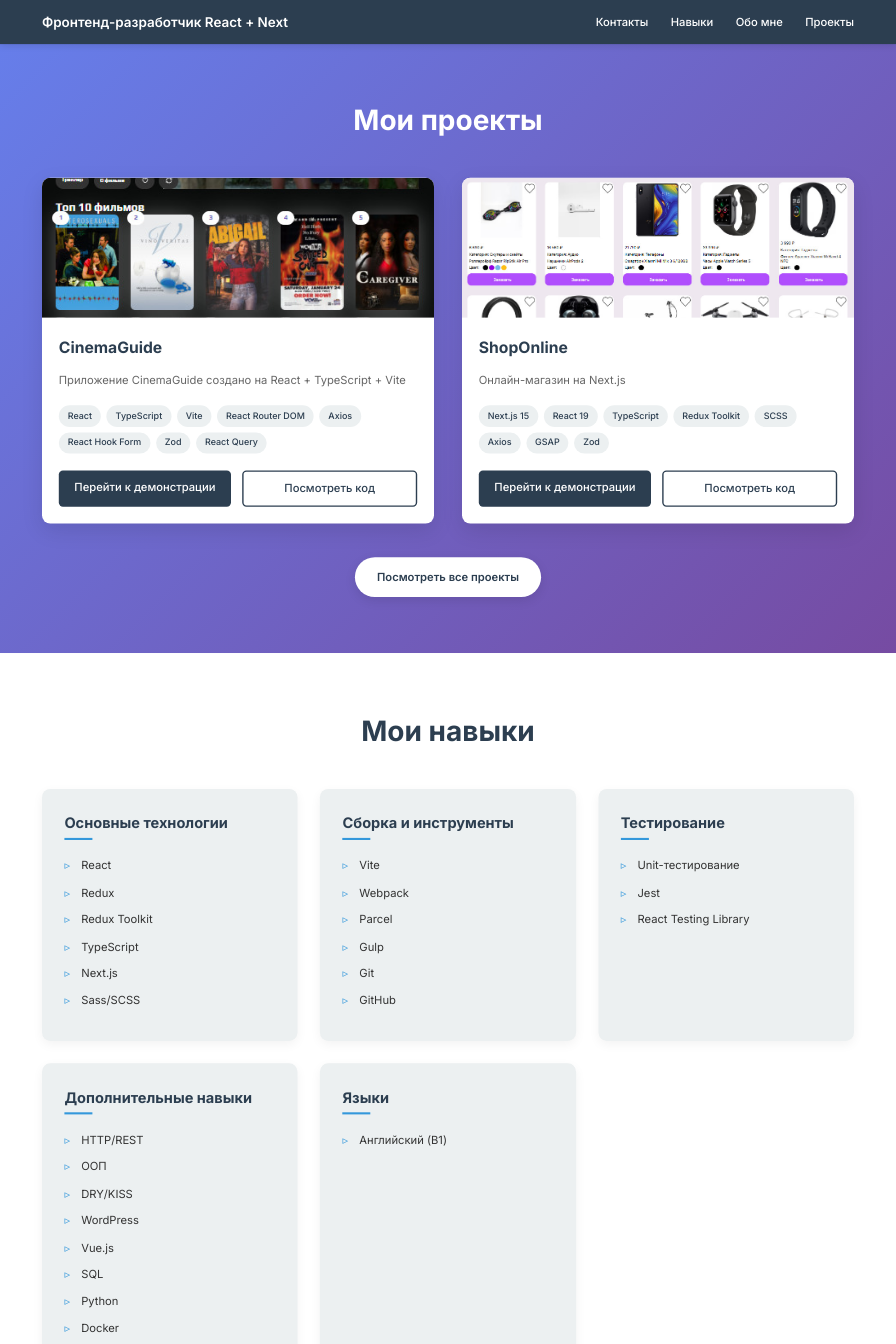
Repository: RostislavZeberg/resume-app
Page: /
The author's editor kept a copy of each file at every save. The page is drawn from the files as they stood at one save, then again after the next save.
The browser window is 1280 px wide. The pictures show the part of the page from y = 0 to 1920 px (the page is 3489 px tall before and 3604 px after), at 70% of full size.
The project was rebuilt for these pictures with package versions that can differ from the ones it lists, and the page was loaded fresh each time. The framework's server and built-in components were replaced by stand-ins that run in the browser. Also part of the build but not shown: next.config.ts.

Above is the page before, as saved 2025-09-18 13:43:32.

### pages/_app.tsx
import type { AppProps } from 'next/app';
import '../styles/globals.scss';
import Head from 'next/head';

function MyApp({ Component, pageProps }: AppProps) {
  return (
    <>
      <Head>
        <meta name="viewport" content="width=device-width, initial-scale=1" />
        <meta name="theme-color" content="#2c3e50" />
        <meta name="description" content="Резюме фронтенд-разработчика React с 5+ годами опыта. Специализация: React, TypeScript, Next.js, Redux Toolkit." />
        <meta name="keywords" content="React, TypeScript, Next.js, фронтенд-разработчик, резюме" />
        <meta property="og:title" content="Фронтенд-разработчик React" />
        <meta property="og:description" content="Резюме фронтенд-разработчика React с 5+ годами опыта" />
        <meta property="og:type" content="website" />
        <link rel="icon" href="/favicon.ico" />
      </Head>
      <Component {...pageProps} />
    </>
  );
}

export default MyApp;

### pages/_document.tsx
import { Html, Head, Main, NextScript } from 'next/document';

export default function Document() {
  return (
    <Html lang="ru">
      <Head>
        <link rel="preconnect" href="https://fonts.googleapis.com" />
        <link rel="preconnect" href="https://fonts.gstatic.com" crossOrigin="anonymous" />
        <link href="https://fonts.googleapis.com/css2?family=Inter:wght@300;400;500;600;700&display=swap" rel="stylesheet" />

        {/* Фавикон */}
        <link rel="icon" href="/favicon.ico" sizes="any" />
        <link rel="icon" href="/favicon.svg" type="image/svg+xml" />
        <link rel="apple-touch-icon" href="/apple-touch-icon.png" />
        <link rel="manifest" href="/manifest.webmanifest" />

        {/* Мета-теги */}
        <meta name="theme-color" content="#2c3e50" />
        <meta name="description" content="Резюме фронтенд-разработчика React с 5+ годами опыта. Специализация: React, TypeScript, Next.js, Redux Toolkit." />
        <meta name="keywords" content="React, TypeScript, Next.js, фронтенд-разработчик, резюме" />
      </Head>
      <body>
        <Main />
        <NextScript />
      </body>
    </Html>
  );
}

### pages/index.tsx
import Head from 'next/head';
import { NextPage } from 'next';
import Contacts from '../components/Sections/Contacts';
import Skills from '../components/Sections/Skills';
import About from '../components/Sections/About';
import Projects from '../components/Sections/Projects';
import Header from '../components/Layout/Header';

const Home: NextPage = () => {
  return (
    <>
      <Head>
        <title>Фронтенд-разработчик React | Резюме</title>
        <meta name="description" content="Резюме фронтенд-разработчика React с 5+ годами опыта. Специализация: React, TypeScript, Next.js, Redux Toolkit." />
        <meta name="keywords" content="React, TypeScript, Next.js, фронтенд-разработчик, резюме" />
        <meta property="og:title" content="Фронтенд-разработчик React" />
        <meta property="og:description" content="Резюме фронтенд-разработчика React с 5+ годами опыта" />
        <meta property="og:type" content="website" />
        <link rel="icon" href="/favicon.ico" />
      </Head>

      <Header />
      <main>
        <Projects />
        <Skills />
        <About />
        <Contacts />
      </main>
    </>
  );
};

export default Home;

### styles/globals.scss
// Переменные и миксины
@import './variables.scss';
@import './mixins';

// Глобальные стили
* {
  box-sizing: border-box;
  margin: 0;
  padding: 0;
}

html {
  scroll-behavior: smooth;
  scroll-padding-top: 60px;
}

body {
  font-family: 'Inter', 'Arial', sans-serif;
  line-height: 1.6;
  color: $text-color;
  background-color: $background-color;
  padding-top: 60px;
}

.container {
  max-width: 1200px;
  margin: 0 auto;
  padding: 0 20px;
}

section {
  padding: 80px 0;

  h2 {
    text-align: center;
    margin-bottom: 50px;
    font-size: 2.5rem;
    color: $primary-color;
  }
}

// Анимации
@keyframes fadeIn {
  from {
    opacity: 0;
    transform: translateY(20px);
  }
  to {
    opacity: 1;
    transform: translateY(0);
  }
}

.fade-in {
  animation: fadeIn 0.6s ease forwards;
}

// Адаптивность
@include desktop {
  .container {
    max-width: 1200px;
  }
}

@include tablet {
  .container {
    max-width: 100%;
    padding: 0 15px;
  }

  section {
    padding: 60px 0;

    h2 {
      font-size: 2rem;
      margin-bottom: 40px;
    }
  }
}

@include mobile {
  .container {
    padding: 0 10px;
  }

  section {
    padding: 40px 0;

    h2 {
      font-size: 1.8rem;
      margin-bottom: 30px;
    }
  }
}

### components/Sections/Contacts.tsx
import React from 'react';
import Icon from '../UI/Icon';
import styles from '../../styles/sections/contacts.module.scss';
import { contacts } from '@/info/contacts';

const Contacts: React.FC = () => {

  return (
    <section id="contacts" className={styles.contacts}>
      <div className="container">
        <h2>Контакты</h2>
        <div className={styles.contactsGrid}>
          {contacts.map((contact, index) => (
            <a
              key={index}
              href={contact.href}
              className={styles.contactItem}
              target="_blank"
              rel="noopener noreferrer"
            >
              <Icon name={contact.icon} className={styles.contactIcon} />
              <span>{contact.text}</span>
            </a>
          ))}
        </div>
      </div>
    </section>
  );
};

export default Contacts;

### components/Sections/Skills.tsx
import React from 'react';
import styles from '../../styles/sections/skills.module.scss';

const Skills: React.FC = () => {
  const skillCategories = [
    {
      title: 'Основные технологии',
      skills: ['React', 'Redux', 'Redux Toolkit', 'TypeScript', 'Next.js', 'Sass/SCSS']
    },
    {
      title: 'Сборка и инструменты',
      skills: ['Vite', 'Webpack', 'Parcel', 'Gulp', 'Git', 'GitHub']
    },
    {
      title: 'Тестирование',
      skills: ['Unit-тестирование', 'Jest', 'React Testing Library']
    },
    {
      title: 'Дополнительные навыки',
      skills: ['HTTP/REST', 'ООП', 'DRY/KISS', 'WordPress', 'Vue.js', 'SQL', 'Python', 'Docker', 'Linux']
    },
    {
      title: 'Языки',
      skills: ['Английский (B1)']
    }
  ];

  return (
    <section id="skills" className={styles.skills}>
      <div className="container">
        <h2>Мои навыки</h2>
        <div className={styles.skillsGrid}>
          {skillCategories.map((category, index) => (
            <div key={index} className={styles.skillCategory}>
              <h3>{category.title}</h3>
              <ul>
                {category.skills.map((skill, i) => (
                  <li key={i}>{skill}</li>
                ))}
              </ul>
            </div>
          ))}
        </div>
      </div>
    </section>
  );
};

export default Skills;

### components/Sections/About.tsx
import React from 'react';
import styles from '../../styles/sections/about.module.scss';

const About: React.FC = () => {
  return (
    <section id="about" className={styles.about}>
      <div className="container">
        <h2>Обо мне</h2>
        <div className={styles.aboutContent}>
          <p>
            Усидчив и внимателен к деталям, сосредоточен на выполнении задач, не отвлекаясь на внешние раздражители.
            Мой скрупулезный подход к архитектуре кода, его чистоте и читабельности сводит к минимуму возникновение ошибок
            при дальнейшей эксплуатации проектов.
          </p>
          <p>
            Коммуникабелен и открыт для общения с коллегами, что позволяет эффективно обсуждать проекты и находить оптимальные решения.
            Дисциплинированность помогает мне выстраивать свою работу по четкому плану, всегда выполнять задачи качественно и в срок,
            а также быть требовательным к себе.
          </p>
          <p>
            Инициативность является важной частью моей работы: я не боюсь доводить до руководства свои идеи и предложения по решению проблем.
            Обучаем и стремлюсь к постоянному развитию, ведь IT-отрасль динамично меняется, и изучение новых направлений и тенденций
            в программировании – это важная часть моего профессионального роста.
          </p>
          <p>
            Есть желание работать и развиваться в сфере разработки приложений, которая является частью моего восприятия мира.
            Я наслаждаюсь процессом создания кода и когда вижу результаты своей деятельности.
          </p>
          <p>
            К своим сильным сторонам отношу навыки работы в команде, стремление находить максимально эффективные и эстетичные решения,
            а также способность самостоятельно искать ресурсы для решения проблем и повышения профессионального уровня.
          </p>
          <p>
            Рассматриваю проектную деятельность и удаленную работу.
          </p>
        </div>
      </div>
    </section>
  );
};

export default About;

### components/Sections/Projects.tsx
import React from 'react';
import ProjectCard from '../UI/ProjectCard';
import styles from '../../styles/sections/projects.module.scss';
import { projects } from '@/info/projects';

const Projects: React.FC = () => {
  return (
    <section id="projects" className={styles.projects}>
      <div className="container">
        <h2>Мои проекты</h2>
        <div className={styles.projectsGrid}>
          {projects.map((project, index) => (
            <ProjectCard key={index} project={project} />
          ))}
        </div>
        <div className={styles.viewAll}>
          <a
            href="https://github.com/RostislavZeberg?tab=repositories"
            className={styles.viewAllButton}
            target="_blank"
            rel="noopener noreferrer"
          >
            Посмотреть все проекты
          </a>
        </div>
      </div>
    </section>
  );
};

export default Projects;

### components/Layout/Header.tsx
import React, { useState } from 'react';
import Link from 'next/link';
import styles from '../../styles/layout/header.module.scss';

const Header: React.FC = () => {
  const [isMenuOpen, setIsMenuOpen] = useState(false);

  const toggleMenu = () => {
    setIsMenuOpen(!isMenuOpen);
  };

  return (
    <header className={styles.header}>
      <div className="container">
        <nav className={styles.nav}>
          <div className={styles.logo}>
            <Link href="/">Фронтенд-разработчик React + Next</Link>
          </div>

          <button
            className={`${styles.menuToggle} ${isMenuOpen ? styles.active : ''}`}
            onClick={toggleMenu}
            aria-label="Меню"
          >
            <span></span>
            <span></span>
            <span></span>
          </button>

          <ul className={`${styles.navList} ${isMenuOpen ? styles.active : ''}`}>
            <li><a href="#contacts" onClick={() => setIsMenuOpen(false)}>Контакты</a></li>
            <li><a href="#skills" onClick={() => setIsMenuOpen(false)}>Навыки</a></li>
            <li><a href="#about" onClick={() => setIsMenuOpen(false)}>Обо мне</a></li>
            <li><a href="#projects" onClick={() => setIsMenuOpen(false)}>Проекты</a></li>
          </ul>
        </nav>
      </div>
    </header>
  );
};

export default Header;

### styles/variables.scss
// Цвета
$primary-color: #2c3e50;
$secondary-color: #3498db;
$accent-color: #e74c3c;
$background-color: #f9f9f9;
$text-color: #333;
$light-gray: #ecf0f1;

// Breakpoints
$desktop: 1280px;
$tablet: 1024px;
$small-tablet: 768px;
$mobile: 320px;

### styles/mixins.scss
@mixin desktop {
  @media (min-width: #{$desktop}) {
    @content;
  }
}

@mixin tablet {
  @media (min-width: #{$small-tablet}) and (max-width: #{$tablet}) {
    @content;
  }
}

@mixin small-tablet {
  @media (min-width: #{$mobile}) and (max-width: #{$small-tablet - 1px}) {
    @content;
  }
}

@mixin mobile {
  @media (max-width: #{$mobile}) {
    @content;
  }
}

@mixin flex-center {
  display: flex;
  justify-content: center;
  align-items: center;
}

@mixin card-shadow {
  box-shadow: 0 4px 6px rgba(0, 0, 0, 0.1);
  transition: box-shadow 0.3s ease;

  &:hover {
    box-shadow: 0 10px 20px rgba(0, 0, 0, 0.15);
  }
}

### components/UI/Icon.tsx
import React from 'react';
import Image from 'next/image';

interface IconProps {
  name: string;
  className?: string;
  width?: number;
  height?: number;
}

const Icon: React.FC<IconProps> = ({ name, className = '', width = 24, height = 24 }) => {
  return (
    <Image
      src={`/icons/${name}.svg`}
      alt={`${name} icon`}
      width={width}
      height={height}
      className={className}
    />
  );
};

export default Icon;

### styles/sections/contacts.module.scss
@import '../variables';
@import '../mixins';

.contacts {
  background: linear-gradient(135deg, #f5f7fa 0%, #c3cfe2 100%);
  padding: 100px 0;
}

.contactsGrid {
  display: grid;
  grid-template-columns: repeat(auto-fit, minmax(250px, 1fr));
  gap: 2rem;
  margin-top: 3rem;
}

.contactItem {
  display: flex;
  flex-direction: column;
  align-items: center;
  justify-content: center;
  background: white;
  padding: 2rem;
  border-radius: 12px;
  box-shadow: 0 10px 30px rgba(0, 0, 0, 0.1);
  transition: all 0.3s ease;
  text-decoration: none;
  color: $text-color;

  &:hover {
    transform: translateY(-5px);
    box-shadow: 0 15px 40px rgba(0, 0, 0, 0.15);

    .contactIcon {
      transform: scale(1.1);
    }
  }
}

.contactIcon {
  width: 60px;
  height: 60px;
  margin-bottom: 1rem;
  transition: transform 0.3s ease;
}

// Адаптивность
@include tablet {
  .contactsGrid {
    grid-template-columns: repeat(2, 1fr);
    gap: 1.5rem;
  }
}

@include small-tablet {
  .contactsGrid {
    grid-template-columns: 1fr;
    gap: 1rem;
  }

  .contactItem {
    padding: 1.5rem;
  }
}

@include mobile {
  .contacts {
    padding: 80px 0;
  }

  .contactIcon {
    width: 50px;
    height: 50px;
  }
}

### info/contacts.ts
export const contacts = [
  { icon: 'email', text: 'zeberg@bk.ru', href: 'mailto:zeberg@bk.ru' },
  { icon: 'phone', text: '+7(960)-552-4171', href: 'tel:+79605524171' },
  { icon: 'telegram', text: '@zeberg_jaguar', href: 'https://t.me/zeberg_jaguar' },
  { icon: 'github', text: 'GitHub', href: 'https://github.com/RostislavZeberg?tab=repositories' }
];

### styles/sections/skills.module.scss
@import '../variables';
@import '../mixins';

.skills {
  background-color: white;
}

.skillsGrid {
  display: grid;
  grid-template-columns: repeat(auto-fit, minmax(300px, 1fr));
  gap: 2rem;
}

.skillCategory {
  background: $light-gray;
  padding: 2rem;
  border-radius: 12px;
  box-shadow: 0 5px 15px rgba(0, 0, 0, 0.05);

  h3 {
    color: $primary-color;
    margin-bottom: 1.5rem;
    font-size: 1.3rem;
    position: relative;
    padding-bottom: 0.5rem;

    &::after {
      content: '';
      position: absolute;
      bottom: 0;
      left: 0;
      width: 40px;
      height: 3px;
      background: $secondary-color;
    }
  }

  ul {
    list-style: none;
  }

  li {
    margin-bottom: 0.8rem;
    padding-left: 1.5rem;
    position: relative;

    &::before {
      content: '▹';
      position: absolute;
      left: 0;
      color: $secondary-color;
    }
  }
}

// Адаптивность
@include tablet {
  .skillsGrid {
    grid-template-columns: repeat(2, 1fr);
    gap: 1.5rem;
  }
}

@include small-tablet {
  .skillsGrid {
    grid-template-columns: 1fr;
    gap: 1rem;
  }

  .skillCategory {
    padding: 1.5rem;
  }
}

@include mobile {
  .skillCategory {
    padding: 1.2rem;

    h3 {
      font-size: 1.2rem;
    }
  }
}

### styles/sections/about.module.scss
@import '../variables';
@import '../mixins';

.about {
  background-color: $light-gray;
}

.aboutContent {
  max-width: 800px;
  margin: 0 auto;

  p {
    margin-bottom: 1.5rem;
    line-height: 1.8;
    text-align: justify;
  }
}

// Адаптивность
@include tablet {
  .aboutContent {
    padding: 0 1rem;
  }
}

@include mobile {
  .aboutContent p {
    text-align: left;
  }
}

### components/UI/ProjectCard.tsx
import React from 'react';
import Image from 'next/image';
import styles from '../../styles/ui/project-card.module.scss';

interface Project {
  name: string;
  description: string;
  demoLink: string;
  codeLink: string;
  technologies: string[];
}

interface ProjectCardProps {
  project: Project;
}

const ProjectCard: React.FC<ProjectCardProps> = ({ project }) => {
  return (
    <div className={styles.projectCard}>
      <div className={styles.projectImage}>
        <a href={project.demoLink} target="_blank" rel="noopener noreferrer">
          <Image
            src={`/images/projects/${project.name.toLowerCase()}.jpg`}
            alt={project.name}
            fill
            style={{ objectFit: 'cover' }}
            sizes="(max-width: 768px) 100vw, (max-width: 1200px) 50vw, 33vw"
          />
        </a>
      </div>
      <div className={styles.projectContent}>
        <h3>{project.name}</h3>
        <p>{project.description}</p>
        <div className={styles.technologies}>
          {project.technologies.map((tech, index) => (
            <span key={index} className={styles.techTag}>{tech}</span>
          ))}
        </div>
        <div className={styles.projectActions}>
          <a
            href={project.demoLink}
            className={styles.demoButton}
            target="_blank"
            rel="noopener noreferrer"
          >
            Перейти к демонстрации
          </a>
          <a
            href={project.codeLink}
            className={styles.codeButton}
            target="_blank"
            rel="noopener noreferrer"
          >
            Посмотреть код
          </a>
        </div>
      </div>
    </div>
  );
};

export default ProjectCard;

### styles/sections/projects.module.scss
@import '../variables';
@import '../mixins';

.projects {
  background: linear-gradient(135deg, #667eea 0%, #764ba2 100%);
  color: white;

  h2 {
    color: white;
  }
}

.projectsGrid {
  display: grid;
  grid-template-columns: repeat(auto-fit, minmax(350px, 1fr));
  gap: 2.5rem;
  margin-bottom: 3rem;
}

.viewAll {
  text-align: center;
  margin-top: 3rem;
}

.viewAllButton {
  display: inline-block;
  padding: 1rem 2rem;
  background: white;
  color: $primary-color;
  text-decoration: none;
  border-radius: 30px;
  font-weight: 600;
  transition: all 0.3s ease;
  box-shadow: 0 5px 15px rgba(0, 0, 0, 0.1);

  &:hover {
    transform: translateY(-3px);
    box-shadow: 0 10px 25px rgba(0, 0, 0, 0.2);
    background: $accent-color;
    color: white;
  }
}

// Адаптивность
@include tablet {
  .projectsGrid {
    grid-template-columns: repeat(2, 1fr);
    gap: 2rem;
  }
}

@include small-tablet {
  .projectsGrid {
    grid-template-columns: 1fr;
    gap: 1.5rem;
  }
}

@include mobile {
  .projectsGrid {
    grid-template-columns: 1fr;
    gap: 1.5rem;
  }

  .viewAllButton {
    padding: 0.8rem 1.5rem;
    font-size: 0.9rem;
  }
}

### info/projects.ts
export const projects = [
  {
    name: 'CinemaGuide',
    description: 'Приложение CinemaGuide создано на React + TypeScript + Vite',
    demoLink: 'https://rostislavzeberg.github.io/CinemaGuide',
    codeLink: 'https://github.com/RostislavZeberg/CinemaGuide/tree/dev',
    technologies: ['React', 'TypeScript', 'Vite', 'React Router DOM', 'Axios', 'React Hook Form', 'Zod', 'React Query']
  },
  {
    name: 'ShopOnline',
    description: 'Онлайн-магазин на Next.js',
    demoLink: 'https://shop-online-omega.vercel.app/',
    codeLink: 'https://github.com/RostislavZeberg/ShopOnline',
    technologies: ['Next.js 15', 'React 19', 'TypeScript', 'Redux Toolkit', 'SCSS', 'Axios', 'GSAP', 'Zod']
  },
  // Добавьте остальные проекты по аналогии
];

### styles/layout/header.module.scss
@import '../variables';
@import '../mixins';

.header {
  background-color: $primary-color;
  color: white;
  position: fixed;
  top: 0;
  left: 0;
  right: 0;
  z-index: 1000;
  box-shadow: 0 2px 10px rgba(0, 0, 0, 0.1);
}

.nav {
  display: flex;
  justify-content: space-between;
  align-items: center;
  padding: 1rem 0;
}

.logo {
  a {
    color: white;
    text-decoration: none;
    font-weight: 600;
    font-size: 1.2rem;

    &:hover {
      color: $accent-color;
    }
  }
}

.navList {
  display: flex;
  list-style: none;
  gap: 2rem;

  a {
    color: white;
    text-decoration: none;
    font-weight: 500;
    transition: color 0.3s ease;

    &:hover {
      color: $accent-color;
    }
  }
}

.menuToggle {
  display: none;
  flex-direction: column;
  justify-content: space-around;
  width: 2rem;
  height: 2rem;
  background: transparent;
  border: none;
  cursor: pointer;
  padding: 0;

  span {
    width: 2rem;
    height: 0.25rem;
    background: white;
    border-radius: 10px;
    transition: all 0.3s linear;
    position: relative;
    transform-origin: 1px;
  }
}

// Адаптивность
@include tablet {
  .navList {
    gap: 1.5rem;
  }
}

@include small-tablet {
  .menuToggle {
    display: flex;
    z-index: 1001;
  }

  .navList {
    position: fixed;
    top: 0;
    right: 0;
    height: 100vh;
    width: 70%;
    background: $primary-color;
    flex-direction: column;
    justify-content: center;
    align-items: center;
    transform: translateX(100%);
    transition: transform 0.3s ease-in-out;

    &.active {
      transform: translateX(0);
    }
  }

  .menuToggle.active {
    span:nth-child(1) {
      transform: rotate(45deg);
    }

    span:nth-child(2) {
      opacity: 0;
    }

    span:nth-child(3) {
      transform: rotate(-45deg);
    }
  }
}

@include mobile {
  .logo a {
    font-size: 1rem;
  }
}

Loaded but not shown: styles/ui/project-card.module.scss (137 lines, source omitted)

After the next save:
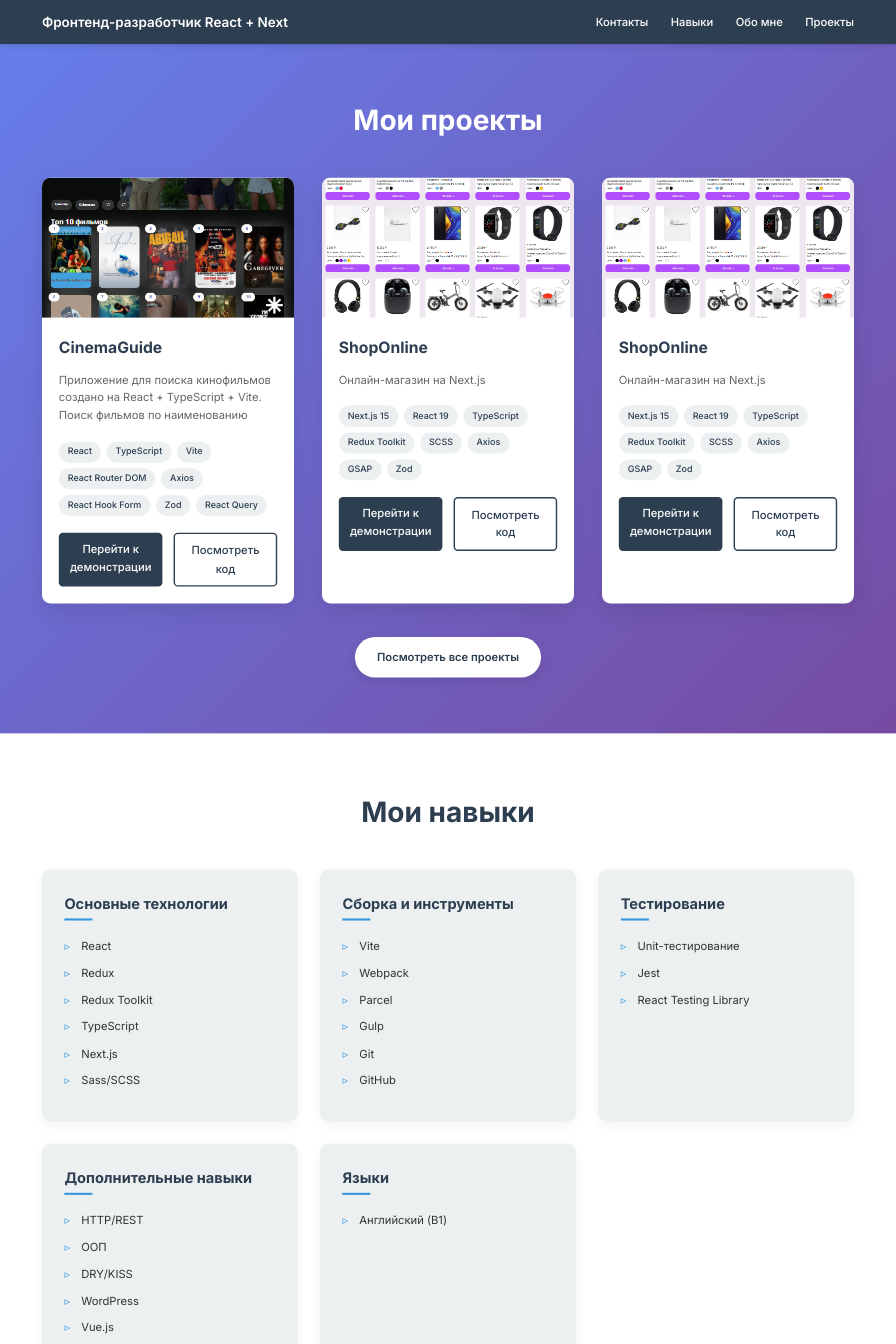
Saved 110 s later.
--- a/info/projects.ts
+++ b/info/projects.ts
@@ -1,7 +1,7 @@
 export const projects = [
   {
     name: 'CinemaGuide',
-    description: 'Приложение CinemaGuide создано на React + TypeScript + Vite',
+    description: 'Приложение для поиска кинофильмов создано на React + TypeScript + Vite. Поиск фильмов по наименованию',
     demoLink: 'https://rostislavzeberg.github.io/CinemaGuide',
     codeLink: 'https://github.com/RostislavZeberg/CinemaGuide/tree/dev',
     technologies: ['React', 'TypeScript', 'Vite', 'React Router DOM', 'Axios', 'React Hook Form', 'Zod', 'React Query']
@@ -13,5 +13,11 @@ export const projects = [
     codeLink: 'https://github.com/RostislavZeberg/ShopOnline',
     technologies: ['Next.js 15', 'React 19', 'TypeScript', 'Redux Toolkit', 'SCSS', 'Axios', 'GSAP', 'Zod']
   },
-  // Добавьте остальные проекты по аналогии
+  {
+    name: 'ShopOnline',
+    description: 'Онлайн-магазин на Next.js',
+    demoLink: 'https://shop-online-omega.vercel.app/',
+    codeLink: 'https://github.com/RostislavZeberg/ShopOnline',
+    technologies: ['Next.js 15', 'React 19', 'TypeScript', 'Redux Toolkit', 'SCSS', 'Axios', 'GSAP', 'Zod']
+  },
 ];
